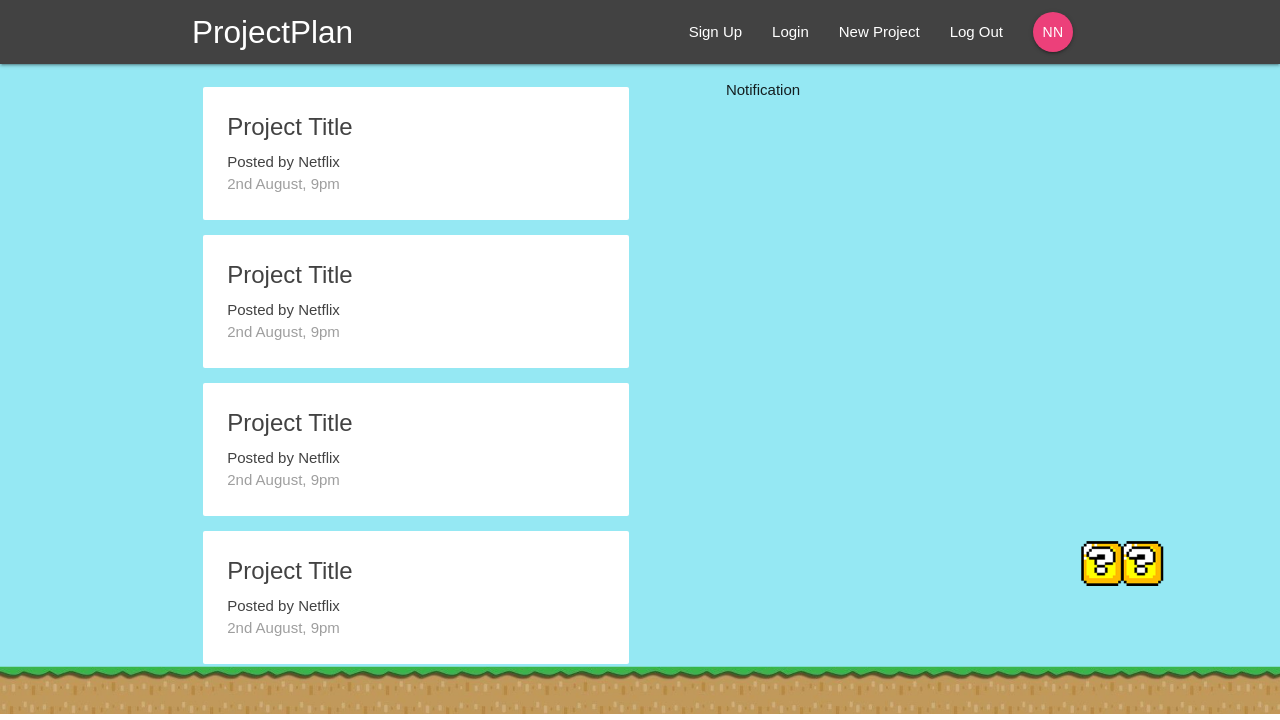
Repository: Ranjan08385/React-Firebase-Project
Page: /
The author's editor kept a copy of each file at every save. The page is drawn from the files as they stood at one save, then again after the next save.
The browser window is 1280 px wide. The pictures show the whole page.
The project was rebuilt for these pictures with package versions that can differ from the ones it lists, and the page was loaded fresh each time. Also part of the build but not shown: src/Components/projects/ProjectDetails.js, src/Components/auth/SignIn.js, src/Components/auth/SignUp.js, src/Components/projects/CreateProject.js.

Above is the page before, as saved 2019-10-10 13:04:51.

### public/index.html
<!DOCTYPE html>
<html lang="en">
  <head>
    <meta charset="utf-8" />
    <link rel="icon" href="%PUBLIC_URL%/favicon.ico" />
    <meta name="viewport" content="width=device-width, initial-scale=1" />
    <meta name="theme-color" content="#000000" />
    <meta
      name="description"
      content="Web site created using create-react-app"
    />
    <link rel="apple-touch-icon" href="logo192.png" />
    <!--
      manifest.json provides metadata used when your web app is installed on a
      user's mobile device or desktop. See https://developers.google.com/web/fundamentals/web-app-manifest/
    -->
    <link rel="manifest" href="%PUBLIC_URL%/manifest.json" />
    <!--
      Notice the use of %PUBLIC_URL% in the tags above.
      It will be replaced with the URL of the `public` folder during the build.
      Only files inside the `public` folder can be referenced from the HTML.

      Unlike "/favicon.ico" or "favicon.ico", "%PUBLIC_URL%/favicon.ico" will
      work correctly both with client-side routing and a non-root public URL.
      Learn how to configure a non-root public URL by running `npm run build`.
    -->
    <!--Import Google Icon Font-->
    <!-- Compiled and minified CSS -->
    <link
      rel="stylesheet"
      href="https://cdnjs.cloudflare.com/ajax/libs/materialize/1.0.0/css/materialize.min.css"
    />

    <!-- Compiled and minified JavaScript -->
    <script src="https://cdnjs.cloudflare.com/ajax/libs/materialize/1.0.0/js/materialize.min.js"></script>
    <title>React App</title>
  </head>
  <body>
    <noscript>You need to enable JavaScript to run this app.</noscript>
    <div id="root"></div>
    <!--
      This HTML file is a template.
      If you open it directly in the browser, you will see an empty page.

      You can add webfonts, meta tags, or analytics to this file.
      The build step will place the bundled scripts into the <body> tag.

      To begin the development, run `npm start` or `yarn start`.
      To create a production bundle, use `npm run build` or `yarn build`.
    -->
  </body>
</html>

### src/index.css
body {
  margin: 0;
  padding: 0;
  font-family: sans-serif;
  background: url("/img/project-bg.png") no-repeat;
  background-size: 100%;
  background-position: bottom;
  /* background-color: #95e8f3; */
}

### src/App.js
import React from "react";
import { BrowserRouter as Router, Route, Switch } from "react-router-dom";
import Navbar from "./Components/layouts/Navbar";
import Dashboard from "./Components/dashboard/Dashboard";
import ProjectDetails from "./Components/projects/ProjectDetails";
import SignIn from "./Components/auth/SignIn";
import SignUp from "./Components/auth/SignUp";
import CreateProject from "./Components/projects/CreateProject";

function App() {
  return (
    <Router>
      <div className="App">
        <Navbar />
        <Switch>
          <Route exact path="/" component={Dashboard} />
          <Route path="/project/:id" component={ProjectDetails} />
          <Route path="/signin" component={SignIn} />
          <Route path="/signup" component={SignUp} />
          <Route path="/create" component={CreateProject} />
        </Switch>
      </div>
    </Router>
  );
}

export default App;

### src/Components/layouts/Navbar.js
import React from "react";
import { Link } from "react-router-dom";
import SignInLink from "./SignInLink";
import SignOutLink from "./SignOutLink";
const Navbar = () => {
  return (
    <nav className="nav-wrapper grey darken-3">
      <div className="container">
        <Link to="/" className="brand-logo">
          ProjectPlan
        </Link>
        <SignInLink />
        <SignOutLink />
      </div>
    </nav>
  );
};

export default Navbar;

### src/Components/dashboard/Dashboard.js
import React, { Component } from "react";
import Notifications from "./Notification";
import ProjectList from "../projects/ProjectList";

class Dashboard extends Component {
  render() {
    return (
      <div className="Dashboard container">
        <div className="row">
          <div className="col s12 m6">
            <ProjectList />
          </div>
          <div className="col s12 m5 offset-m1">
            <Notifications />
          </div>
        </div>
      </div>
    );
  }
}

export default Dashboard;

### src/Components/layouts/SignInLink.js
import React from "react";
import { NavLink } from "react-router-dom";
const SignInLink = () => {
  return (
    <ul className="right">
      <li>
        <NavLink to="/create">New Project</NavLink>
      </li>
      <li>
        <NavLink to="/">Log Out</NavLink>
      </li>
      <li>
        <NavLink to="/" className="btn btn-floating pink lighten-1">
          NN
        </NavLink>
      </li>
    </ul>
  );
};

export default SignInLink;

### src/Components/layouts/SignOutLink.js
import React from "react";
import { NavLink } from "react-router-dom";
const SignOutLink = () => {
  return (
    <ul className="right">
      <li>
        <NavLink to="/signup">Sign Up</NavLink>
      </li>
      <li>
        <NavLink to="/signin">Login</NavLink>
      </li>
    </ul>
  );
};

export default SignOutLink;

### src/Components/dashboard/Notification.js
import React from "react";

const Notification = () => {
  return (
    <div>
      <p>Notification</p>
    </div>
  );
};

export default Notification;

### src/Components/projects/ProjectList.js
import React from "react";
import ProjectSummary from "./ProjectSummary";

const ProjectList = () => {
  return (
    <div className="project-list section">
      <ProjectSummary />
      <ProjectSummary />
      <ProjectSummary />
      <ProjectSummary />
    </div>
  );
};

export default ProjectList;

### src/Components/projects/ProjectSummary.js
import React from "react";

const ProjectSummary = () => {
  return (
    <div className="card z-depth-0 project-summary">
      <div className="card-content grey-text text-darken-3">
        <span className="card-title">Project Title</span>
        <p>Posted by Netflix</p>
        <p className="grey-text">2nd August, 9pm</p>
      </div>
    </div>
  );
};

export default ProjectSummary;

Loaded but not shown: src/index.js (common file); src/serviceWorker.js (common file)

After the next save:
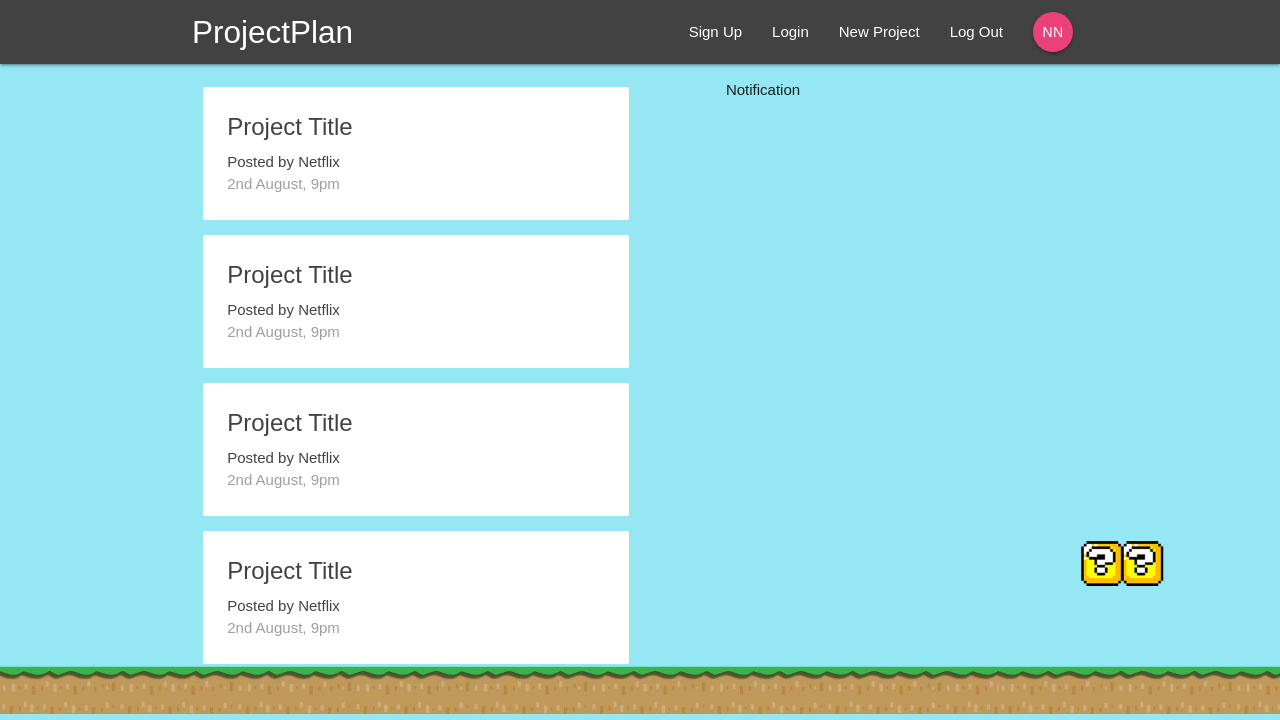
Saved 15 s later.
--- a/src/index.css
+++ b/src/index.css
@@ -5,5 +5,5 @@
   background: url("/img/project-bg.png") no-repeat;
   background-size: 100%;
   background-position: bottom;
-  /* background-color: #95e8f3; */
+  background-color: #95e8f3;
 }
